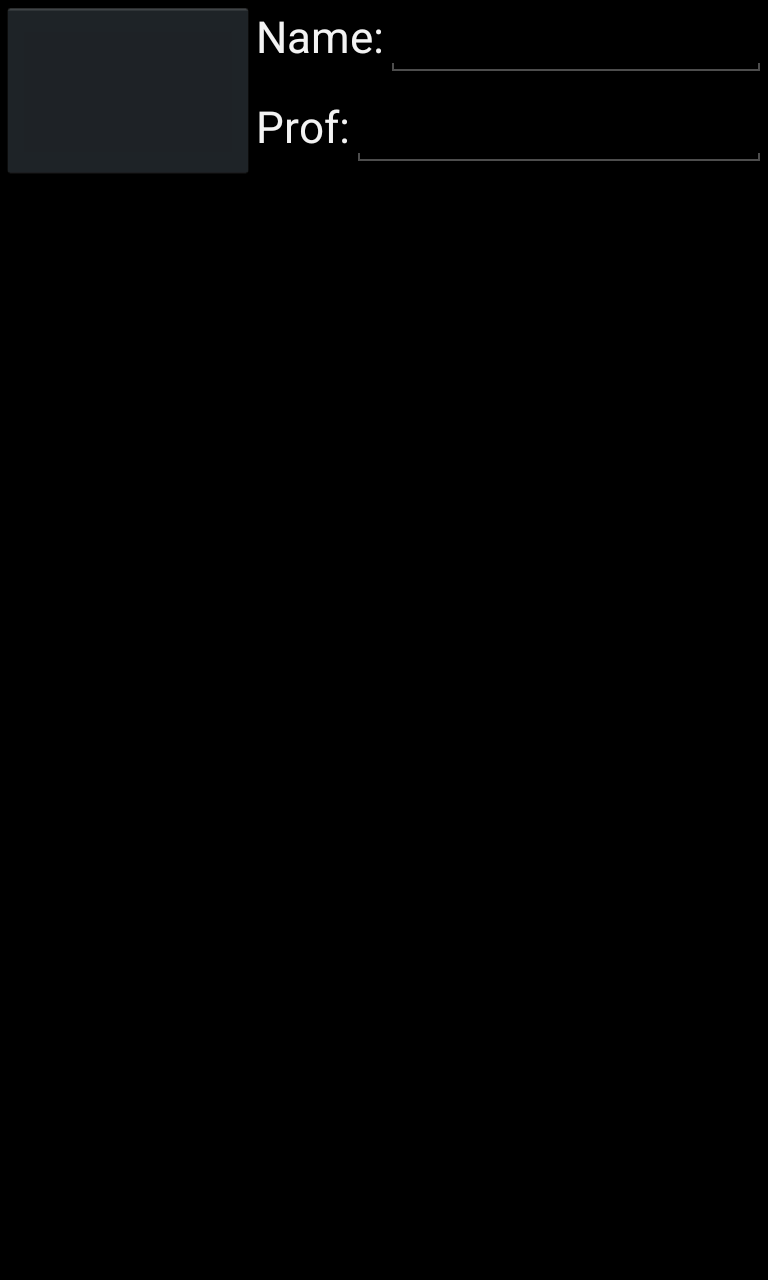
Repository: prayasjain/BunkMonitorApp
Layout: BunkMonitor/res/layout/subject_input.xml
These files come from the project's save history. The layout is drawn as it stood at one moment and after the next save; the edit follows.
It is drawn on a 768 x 1280 px phone screen (xhdpi) without system bars, with theme android:Theme.Holo; the app's code is not run.

Above is the layout before, as saved 2015-08-05 11:01:25.

### BunkMonitor/res/layout/subject_input.xml
<?xml version="1.0" encoding="utf-8"?>
<LinearLayout xmlns:android="http://schemas.android.com/apk/res/android"
    android:layout_width="match_parent"
    android:layout_height="match_parent"
    android:orientation="vertical" >

    <LinearLayout
        android:layout_width="match_parent"
        android:layout_height="wrap_content"
        android:orientation="horizontal"
        android:weightSum="3" >

        <Button
            android:id="@+id/bImage"
            android:layout_width="match_parent"
            android:layout_height="90dp"
            android:layout_weight="2" />

        <LinearLayout
            android:layout_width="match_parent"
            android:layout_height="match_parent"
            android:layout_weight="1"
            android:orientation="vertical"
            android:weightSum="2">

            <LinearLayout
                android:layout_width="match_parent"
                android:layout_height="match_parent"
                android:layout_weight="1"
                android:orientation="horizontal" >

                <TextView
                    android:id="@+id/tvName"
                    android:layout_width="wrap_content"
                    android:layout_height="wrap_content"
                    android:text="Name:"
                    android:textAppearance="?android:attr/textAppearanceLarge" />

                <EditText
                    android:id="@+id/etName"
                    android:layout_width="match_parent"
                    android:layout_height="wrap_content" />
            </LinearLayout>

            <LinearLayout
                android:layout_width="match_parent"
                android:layout_height="match_parent"
                android:orientation="horizontal"
                android:layout_weight="1" >

                <TextView
                    android:id="@+id/tvProf"
                    android:layout_width="wrap_content"
                    android:layout_height="wrap_content"
                    android:text="Prof:"
                    android:textAppearance="?android:attr/textAppearanceLarge" />

                <EditText
                    android:id="@+id/etProf"
                    android:layout_width="match_parent"
                    android:layout_height="wrap_content" />
            </LinearLayout>
        </LinearLayout>
    </LinearLayout>

</LinearLayout>

After the next save:
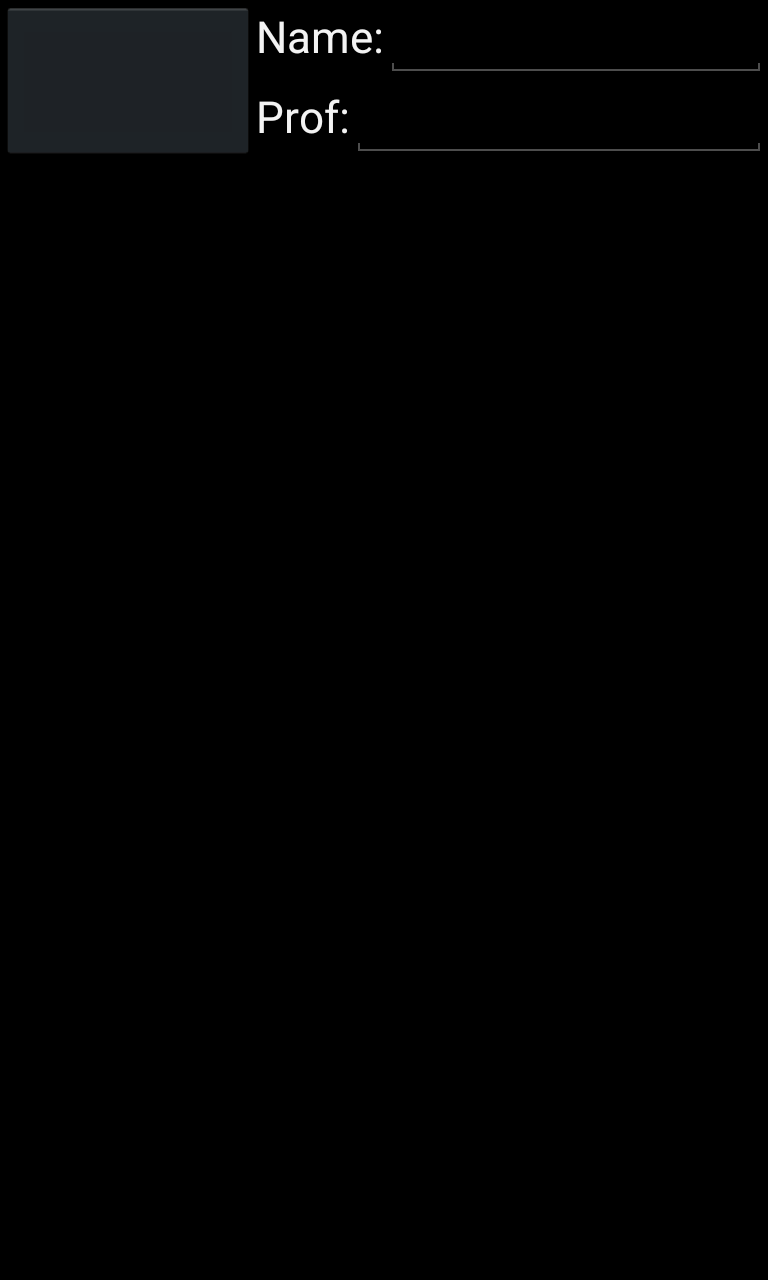
Saved 24 s later.
--- a/BunkMonitor/res/layout/subject_input.xml
+++ b/BunkMonitor/res/layout/subject_input.xml
@@ -13,7 +13,7 @@
         <Button
             android:id="@+id/bImage"
             android:layout_width="match_parent"
-            android:layout_height="90dp"
+            android:layout_height="80dp"
             android:layout_weight="2" />
 
         <LinearLayout
